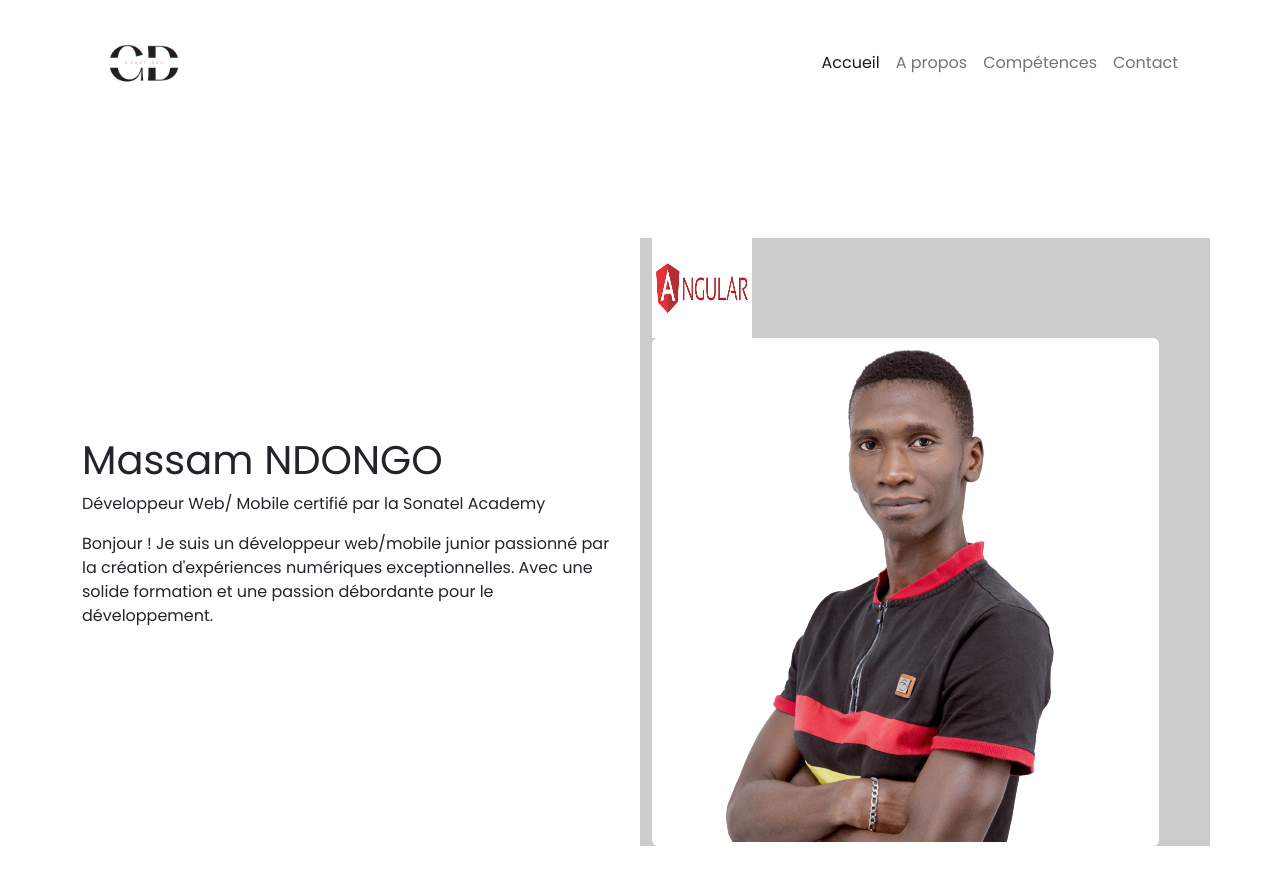
Repository: massndongo/portfolio1
Page: index.html
These files come from the project's save history. The page is drawn as it stood at one moment and after a run of saves; the edit follows.
The browser window is 1280 px wide. The pictures show the part of the page from y = 0 to 881 px (the page is 2219 px tall).
A picture or video elsewhere on the page could not be fetched, so the positions and the page height are approximate.

Above is the page before, as saved 2023-05-29 18:52:24.

### index.html
<!DOCTYPE html>
<html>
<head>
    <meta charset='utf-8'>
    <meta http-equiv='X-UA-Compatible' content='IE=edge'>
    <title>Portfolio Massam NDONGO</title>
    <meta name='viewport' content='width=device-width, initial-scale=1'>
    <link rel="stylesheet" href="https://cdn.jsdelivr.net/npm/bootstrap@5.2.3/dist/css/bootstrap.min.css" integrity="sha384-rbsA2VBKQhggwzxH7pPCaAqO46MgnOM80zW1RWuH61DGLwZJEdK2Kadq2F9CUG65" crossorigin="anonymous">
    <link rel="stylesheet" href="./assets/css/main.css">
</head>
<body>
    <div class="container">

        <!-- navbar -->
        <nav class="navbar navbar-expand-lg bg-body-tertiary container">
            <div class="container-fluid">
              <a class="navbar-brand" href="#"><img class="img-thumbnail border-0" width="100px" height="100px" src="./assets/images/logo.png" alt="" srcset=""></a>
              <button class="navbar-toggler" type="button" data-bs-toggle="collapse" data-bs-target="#navbarText" aria-controls="navbarText" aria-expanded="false" aria-label="Toggle navigation">
                <span class="navbar-toggler-icon"></span>
              </button>
              <div class="collapse navbar-collapse d-flex flex-row justify-content-end" id="navbarText">
                <div>
                    <ul class="navbar-nav me-auto mb-2 mb-lg-0">
                      <li class="nav-item">
                        <a class="nav-link active" aria-current="page" href="#">Accueil</a>
                      </li>
                      <li class="nav-item">
                        <a class="nav-link" href="#propos" onclick="scrollToSection('propos')">A propos</a>
                      </li>
                      <li class="nav-item">
                        <a class="nav-link" href="#skills" onclick="scrollToSection('skills')">Compétences</a>
                      </li>
                      <li class="nav-item">
                        <a class="nav-link" href="#contact" onclick="scrollToSection('contact')">Contact</a>
                      </li>
                    </ul>
                </div>
              </div>
            </div>
        </nav>
        <!-- End Navbar -->
        <div id="back-to-top">↑</div>

        <div class="contenu">

            <div class="propos d-flex row flex-row justify-content-center" id="propos">
                <div class="col-lg-6 col-md-12 mb-1 align-middle text-start d-flex flex-column justify-content-center animated-text">
                    <h1 class="">Massam NDONGO</h1>
                    <p class="">Développeur Web/ Mobile certifié par la Sonatel Academy</p>
                    <p>
                        Bonjour ! Je suis un développeur web/mobile junior passionné par la création d'expériences numériques exceptionnelles.
                        Avec une solide formation et une passion débordante pour le développement.

                    </p>
                </div>
                <div class="col-lg-6 col-md-12 profil">
                    <img src="./assets/images/angular.png" class="angular" width="100px" height="100px" alt="" srcset="">
                    <img src="./assets/images/mass.png" class="img-thumbnail border-0 animated-text" alt="" srcset="">
                </div>
            </div>

            <div class="skills d-flex row flex-row justify-content-center" id="skills">
                <h1 class="text-center m-4 mt-4 text-decoration-underline">Compétences</h1>
                <div class="card m-4" style="width: 18rem;">
                    <img src="./assets/images/angular.png" class="card-img-top" alt="...">
                    <div class="card-body">
                      <p class="card-text">Some quick example text to build on the card title and make up the bulk of the card's content.</p>
                    </div>
                </div>
                <div class="card m-4" style="width: 18rem;">
                    <img src="./assets/images/symfony.png" class="card-img-top" alt="...">
                    <div class="card-body">
                      <p class="card-text">Some quick example text to build on the card title and make up the bulk of the card's content.</p>
                    </div>
                </div>
                <div class="card m-4" style="width: 18rem;">
                    <img src="./assets/images/ionic.webp" class="card-img-top" alt="...">
                    <div class="card-body">
                      <p class="card-text">Some quick example text to build on the card title and make up the bulk of the card's content.</p>
                    </div>
                </div>
                <div class="card m-4" style="width: 18rem;">
                    <img src="./assets/images/laravel.png" class="card-img-top" alt="...">
                    <div class="card-body">
                      <p class="card-text">Some quick example text to build on the card title and make up the bulk of the card's content.</p>
                    </div>
                </div>
                <div class="card m-4" style="width: 18rem;">
                    <img src="./assets/images/angular.png" class="card-img-top" alt="...">
                    <div class="card-body">
                      <p class="card-text">Some quick example text to build on the card title and make up the bulk of the card's content.</p>
                    </div>
                </div>
                <div class="card m-4" style="width: 18rem;">
                    <img src="./assets/images/angular.png" class="card-img-top" alt="...">
                    <div class="card-body">
                      <p class="card-text">Some quick example text to build on the card title and make up the bulk of the card's content.</p>
                    </div>
                </div>
                <div class="card m-4" style="width: 18rem;">
                    <img src="./assets/images/angular.png" class="card-img-top" alt="...">
                    <div class="card-body">
                      <p class="card-text">Some quick example text to build on the card title and make up the bulk of the card's content.</p>
                    </div>
                </div>
            </div>

            <div class="projets img-thumbnail bg-black">
                Lorem ipsum dolor sit amet consectetur adipisicing elit. Facere soluta nam sequi et quia officia, ratione dolore nisi ex necessitatibus ipsam dolor. Eveniet corporis voluptas similique hic omnis, maiores necessitatibus.
            </div>

            <div class="contact img-thumbnail bg-danger" id="contact">
                Lorem ipsum dolor sit amet consectetur adipisicing elit. Saepe consequatur porro numquam? Blanditiis harum consectetur, illum eligendi id dolorem mollitia velit neque? Cum itaque ipsum, ipsam autem saepe iure numquam!
                Quod incidunt quaerat exercitationem iusto perferendis architecto enim officia repellendus itaque dolorem animi, consectetur omnis quasi rerum voluptatum distinctio est deserunt harum porro neque quidem. Soluta itaque ullam repellat fugit?

            </div>
        </div>


        <footer></footer>

    </div>


    <!-- script -->
    <script src="https://cdn.jsdelivr.net/npm/bootstrap@5.2.3/dist/js/bootstrap.min.js" integrity="sha384-cuYeSxntonz0PPNlHhBs68uyIAVpIIOZZ5JqeqvYYIcEL727kskC66kF92t6Xl2V" crossorigin="anonymous"></script>
    <script src="https://cdn.jsdelivr.net/npm/bootstrap@5.2.3/dist/js/bootstrap.bundle.min.js" integrity="sha384-kenU1KFdBIe4zVF0s0G1M5b4hcpxyD9F7jL+jjXkk+Q2h455rYXK/7HAuoJl+0I4" crossorigin="anonymous"></script>
    <script src='./assets/js/main.js'></script>
</body>
</html>

### assets/css/main.css
@font-face {
    font-family: 'Poppins Regular';
    src: url('../fonts/poppins/Poppins-Regular.ttf') format('truetype');
  }

  /* Utilisation de la police */
  body {
    font-family: 'Poppins Regular', sans-serif;
  }

.contenu {
    margin-top: 10%;
}

.animated-text {
    animation: fade-in-out 4s normal;
    }

    @keyframes fade-in-out {
    0% {
        opacity: 1;
    }
    50% {
        opacity: 0;
    }
    100% {
        opacity: 1;
    }
}


#back-to-top {
    display: none;
    position: fixed;
    bottom: 20px;
    right: 20px;
    width: 40px;
    height: 40px;
    background-color: #ccc;
    border-radius: 50%;
    text-align: center;
    line-height: 40px;
    cursor: pointer;
  }

.skills {
    margin-top: 5%;
}
.profil {
    background-color: #ccc;
}
.angular {
    position: relative;
    float: left;
}

### assets/js/main.js
  // Sélectionnez tous les liens de la navbar avec la classe "nav-link"
  var navLinks = document.querySelectorAll('.nav-link');

  // Parcourez tous les liens et ajoutez un gestionnaire d'événement pour le clic
  navLinks.forEach(function(link) {
    link.addEventListener('click', function(event) {
      event.preventDefault(); // Empêche le comportement par défaut du navigateur
      var target = this.getAttribute('href'); // Récupère l'attribut href du lien
      scrollToSection(target); // Appelle la fonction de défilement vers la section cible
    });
  });

  // Fonction pour déplacer l'utilisateur vers une section spécifique
  function scrollToSection(sectionId) {
    var section = document.querySelector(sectionId);
    if (section) {
      section.scrollIntoView({ behavior: 'smooth' });
    }
  }


  var backToTopBtn = document.getElementById("back-to-top");

  // Afficher ou masquer le bouton en fonction du défilement de la page
  window.addEventListener("scroll", function() {
    if (window.pageYOffset > 100) {
      backToTopBtn.style.display = "block";
    } else {
      backToTopBtn.style.display = "none";
    }
  });

  // Faire défiler vers le haut de la page lorsque le bouton est cliqué
  backToTopBtn.addEventListener("click", function() {
    window.scrollTo({
      top: 0,
      behavior: "smooth"
    });
  });

After the next 2 saves:
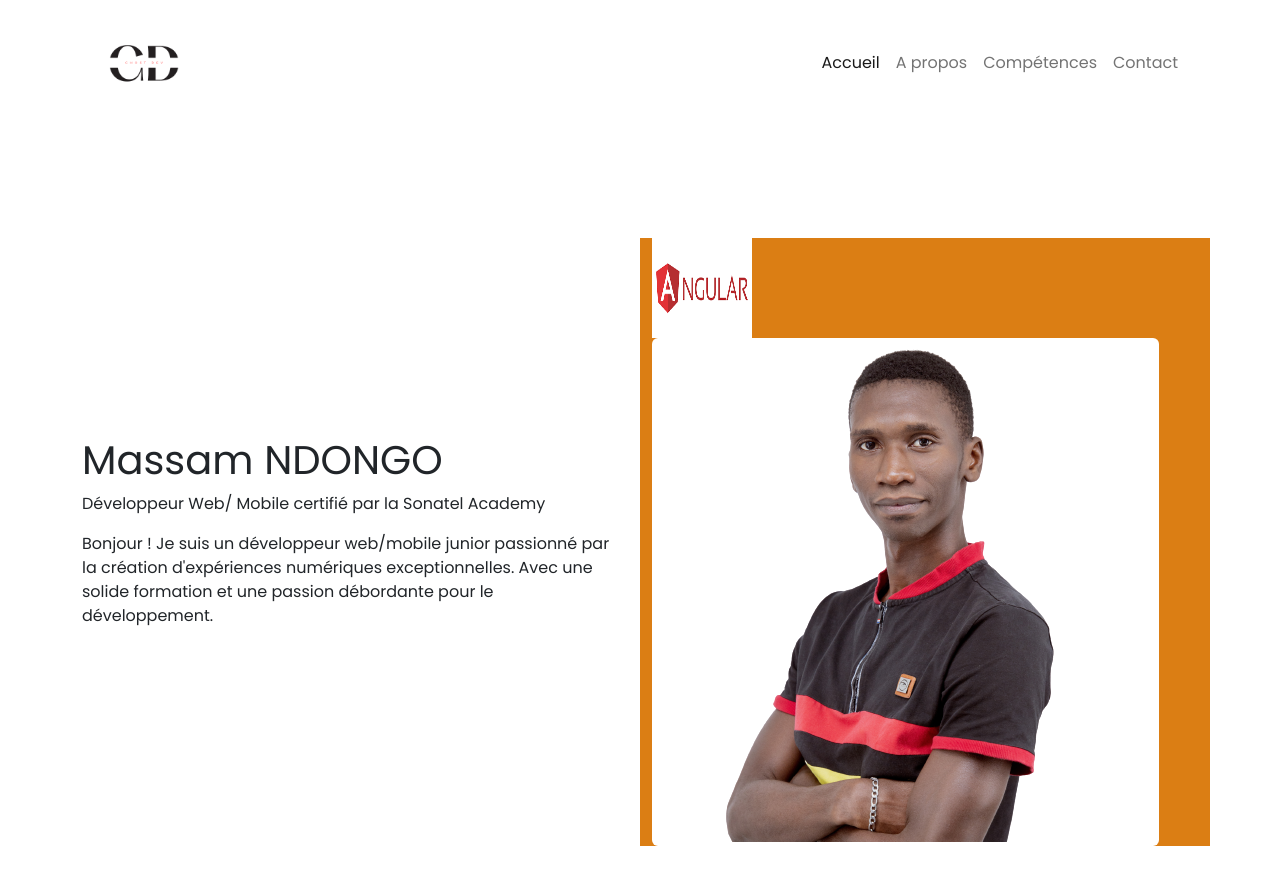
The 2 saves are shown as one change because they came seconds apart.
The last was saved 13 s later.
--- a/assets/css/main.css
+++ b/assets/css/main.css
@@ -47,7 +47,7 @@
     margin-top: 5%;
 }
 .profil {
-    background-color: #ccc;
+    background-color: #db7e14;
 }
 .angular {
     position: relative;
